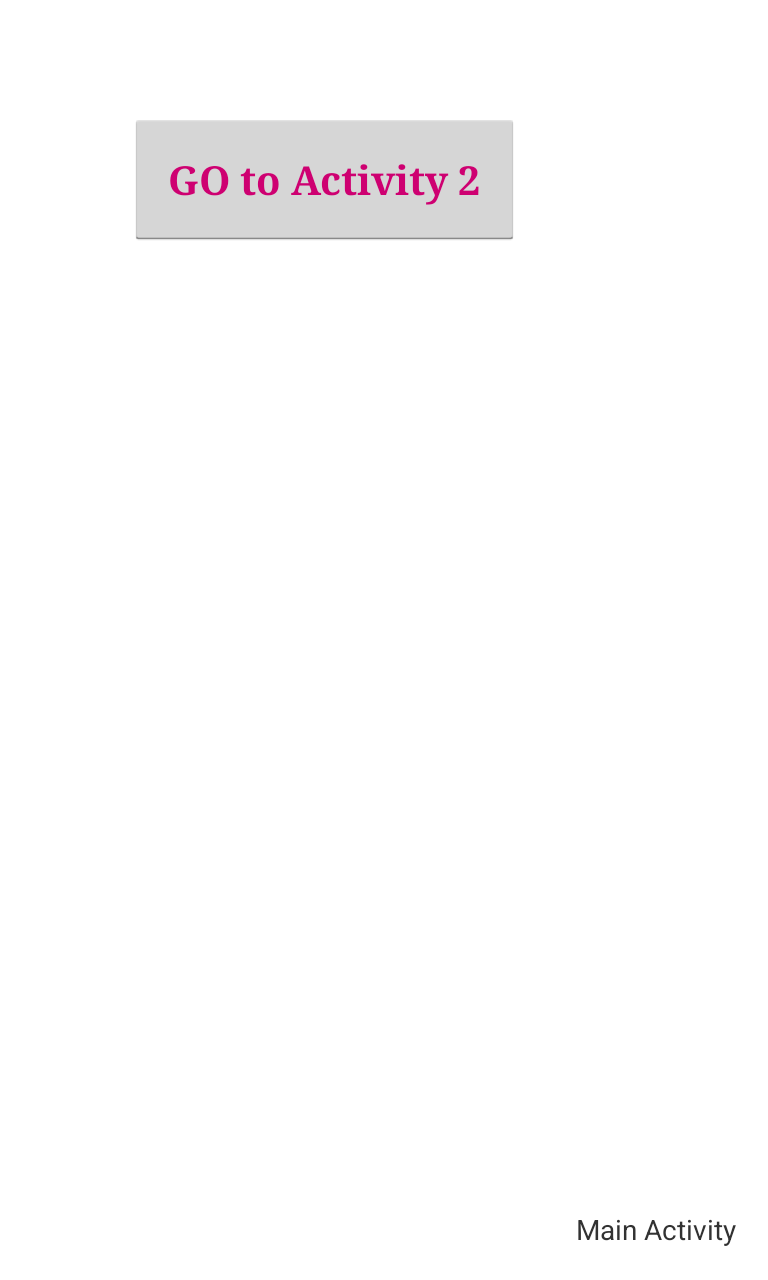
Repository: EnjoyWorkTrue/Spring2014
Layout: CMP464/Assignment3/res/layout/activity_main.xml
These files come from the project's save history. The layout is drawn as it stood at one moment and after the next save; the edit follows.
It is drawn on a 768 x 1280 px phone screen (xhdpi) without system bars, with theme AppTheme; the app's code is not run.

Above is the layout before, as saved 2014-02-25 21:17:02.

After the next save:
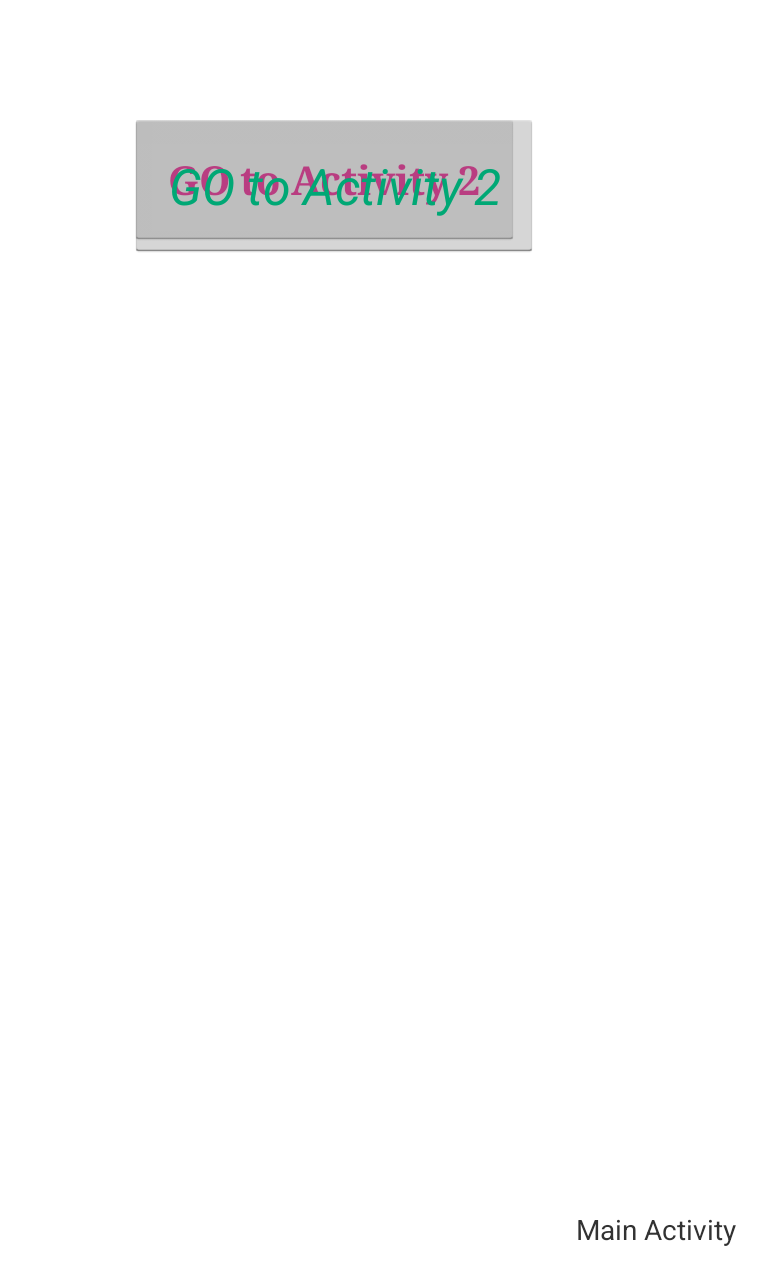
Saved 7 s later.
--- a/CMP464/Assignment3/res/layout/activity_main.xml
+++ b/CMP464/Assignment3/res/layout/activity_main.xml
@@ -24,7 +24,7 @@
         android:typeface="serif"/>
     <Button
         android:id="@+id/buttonAlternativeStyle"
-        android:visibility="1"
+        android:visibility="INVISIBLE"
         android:layout_width="wrap_content"
         android:layout_height="wrap_content"
         android:layout_alignParentLeft="true"

After the 2 saves that followed:
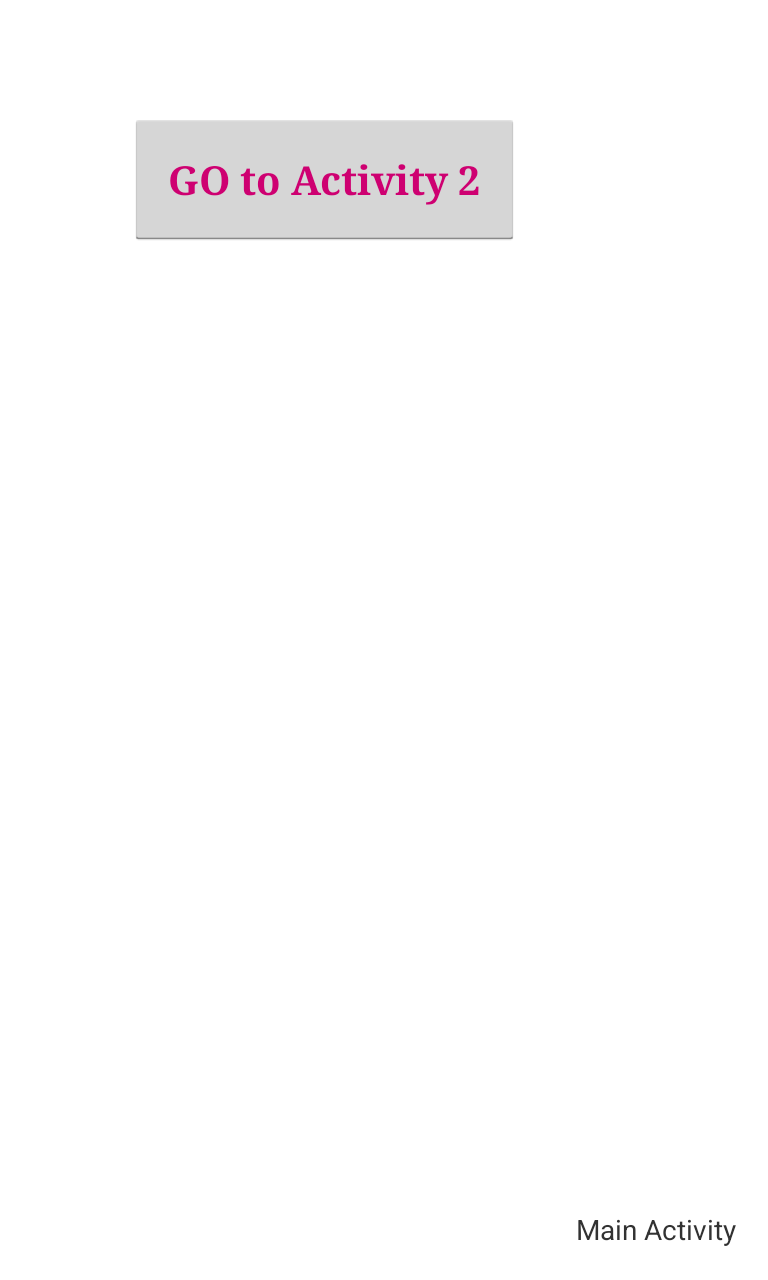
The 2 saves are shown as one change because 1 left the picture as it was.
The last was saved 14 s later.
--- a/CMP464/Assignment3/res/layout/activity_main.xml
+++ b/CMP464/Assignment3/res/layout/activity_main.xml
@@ -24,7 +24,7 @@
         android:typeface="serif"/>
     <Button
         android:id="@+id/buttonAlternativeStyle"
-        android:visibility="INVISIBLE"
+        android:visibility="1"
         android:layout_width="wrap_content"
         android:layout_height="wrap_content"
         android:layout_alignParentLeft="true"
